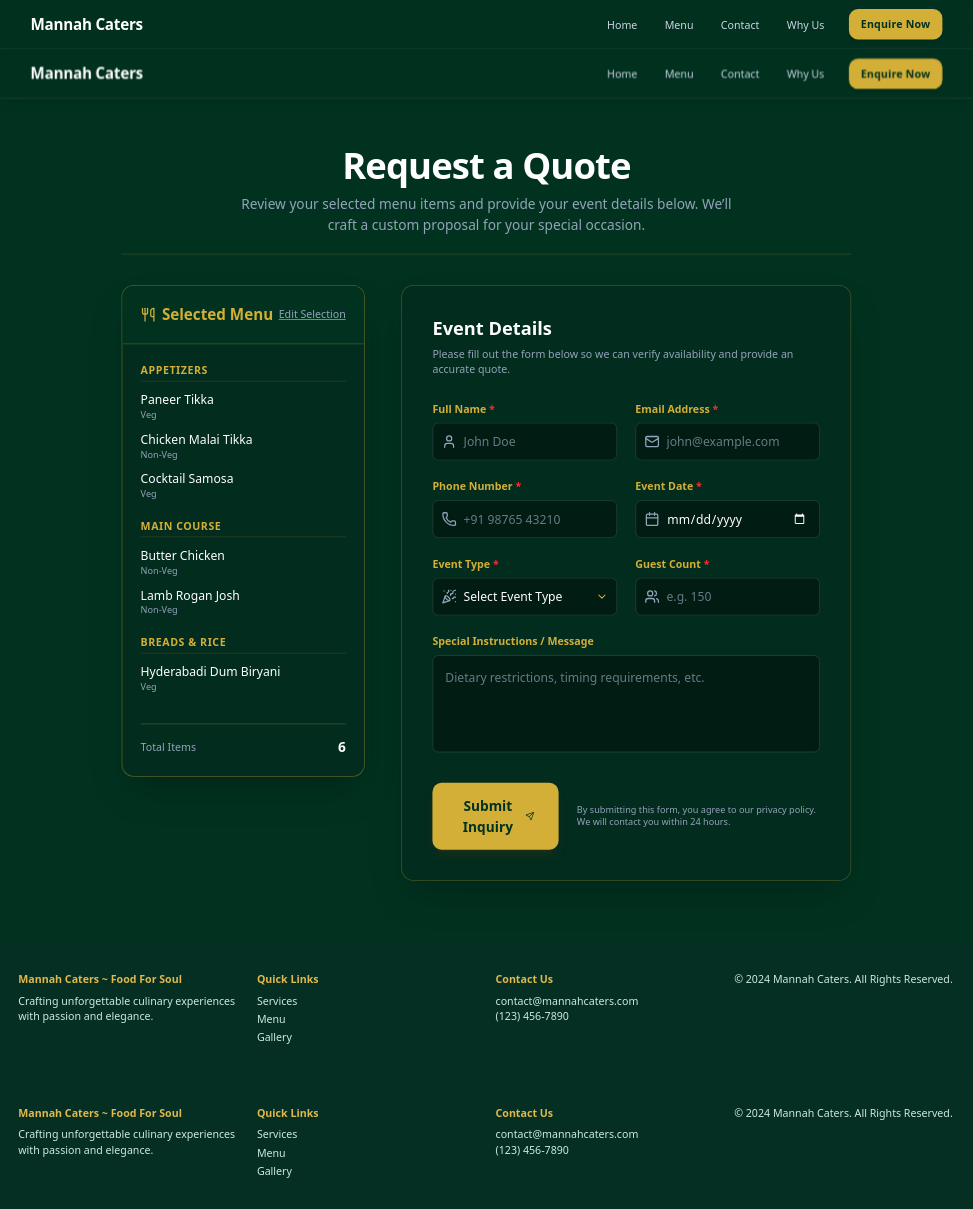
Repository: B-U-G-Freelancers/mannah_caterers
Page: /quote
An editor plug-in stored every save of this project. The page is shown before and after a run of saves, followed by the edit.
The browser window is 1280 px wide. The pictures show the whole page, at 76% of full size.
The project was rebuilt for these pictures with package versions that can differ from the ones it lists, and the page was loaded fresh each time. Some packages were replaced by stand-ins written for this rebuild. Also part of the build but not shown: vite.config.js, src/pages/Home.jsx, src/components/silver-package.jsx, src/components/gold-package.jsx, src/components/platinum-package.jsx, src/constants.js, src/components/PackageCard.jsx, src/components/CombosView.jsx and 6 more.

Above is the page before, as saved 2025-12-17 19:15:04.

### index.html
<!-- index.html -->


<!doctype html>
<html lang="en">
  <head>
    <meta charset="UTF-8" />
    <link rel="icon" type="image/png" href="/favicon.png" />

    <meta name="viewport" content="width=device-width, initial-scale=1.0" />

<link rel="preconnect" href="https://fonts.googleapis.com">
<link rel="preconnect" href="https://fonts.gstatic.com" crossorigin>
<link href="https://fonts.googleapis.com/css2?family=Inter:wght@400;500;600;700&family=Playfair+Display:wght@600;700;800&display=swap" rel="stylesheet">

    <title>mannah-caters</title>
  </head>
  <body>
    <div id="root"></div>
    <script type="module" src="/src/main.jsx"></script>
  </body>
</html>

### src/main.jsx
import React from "react"
import ReactDOM from "react-dom/client"
import { BrowserRouter } from "react-router-dom"
import App from "./App"
import "./index.css"

ReactDOM.createRoot(document.getElementById("root")).render(
  <BrowserRouter>
    <App />
  </BrowserRouter>
)

### src/App.jsx

import React from "react";
import { Routes, Route } from "react-router-dom";
import Layout from "./components/Layout";
import Home from "./pages/Home";
import Menu from "./pages/Menu";
import Contact from "./pages/Contact";
import WhyUs from "./pages/WhyUs";
import Quote from "./pages/Quote";
const App = () => {
  return (

    <Routes>
      <Route path="/" element={<Layout />}>
        <Route index element={<Home />} />
        <Route path="menu" element={<Menu />} />
        <Route path="contact" element={<Contact />} />
        <Route path="why-us" element={<WhyUs />} />
        <Route path="/quote" element={<Quote />} />
      </Route>
    </Routes>
  );
};

export default App;

### src/index.css
@import "tailwindcss";


:root {
  font-family: system-ui, Avenir, Helvetica, Arial, sans-serif;
  line-height: 1.5;
  font-weight: 400;

  color-scheme: light dark;
  color: rgba(255, 255, 255, 0.87);
  background-color: #242424;

  font-synthesis: none;
  text-rendering: optimizeLegibility;
  -webkit-font-smoothing: antialiased;
  -moz-osx-font-smoothing: grayscale;
}

/* a {
  font-weight: 500;
  color: #646cff;
  text-decoration: inherit;
}
a:hover {
  color: #535bf2;
}

body {
  margin: 0;
  display: flex;
  place-items: center;
  min-width: 320px;
  min-height: 100vh;
}

h1 {
  font-size: 3.2em;
  line-height: 1.1;
}

button {
  border-radius: 8px;
  border: 1px solid transparent;
  padding: 0.6em 1.2em;
  font-size: 1em;
  font-weight: 500;
  font-family: inherit;
  background-color: #1a1a1a;
  cursor: pointer;
  transition: border-color 0.25s;
}
button:hover {
  border-color: #646cff;
}
button:focus,
button:focus-visible {
  outline: 4px auto -webkit-focus-ring-color;
}

@media (prefers-color-scheme: light) {
  :root {
    color: #213547;
    background-color: #ffffff;
  }
  a:hover {
    color: #747bff;
  }
  button {
    background-color: #f9f9f9;
  }
} */

### src/components/Layout.jsx
// Layout.jsx
import React from "react";
import Header from "./Header";
import Footer from "./Footer";
// If you are using React Router, import Outlet
import { Outlet } from "react-router-dom";

const Layout = () => {
  return (
    <div className="flex flex-col min-h-screen min-w-screen">
      <Header />

      {/* "flex-1" ensures this section takes up all available space,
          pushing the footer to the bottom if content is short */}
      <main className="flex-1">
        {/* Outlet renders the child route's element (the current page) */}
        <Outlet />
      </main>

      <Footer />
    </div>
  );
};

export default Layout;

### src/pages/Quote.jsx
import React from "react";
import Header from "../components/Header";
import Footer from "../components/Footer";
import SelectedMenu from "../components/SelectedMenu";
import QuoteForm from "../components/QuoteForm";

const Quote = () => {
  return (
    <div className="flex flex-col min-h-screen bg-[#013220]">
      <Header />

      <main className="flex-1 flex flex-col items-center pb-20 px-4 sm:px-10 lg:px-40 pt-10">
        <div className="w-full max-w-[1200px] flex flex-col gap-10">

          {/* Hero Section */}
          <div className="text-center py-6 border-b border-[#d4af37]/20">
            <h1 className="text-4xl md:text-5xl font-bold text-white mb-3 tracking-tight">
              Request a Quote
            </h1>
            <p className="text-[#94a3b8] max-w-2xl mx-auto text-lg font-light">
              Review your selected menu items and provide your event details
              below. We’ll craft a custom proposal for your special occasion.
            </p>
          </div>

          {/* Main Content */}
          <div className="flex flex-col lg:flex-row gap-12">
            <SelectedMenu />
            <QuoteForm />
          </div>

        </div>
      </main>

      <Footer />
    </div>
  );
};

export default Quote;

### src/components/Header.jsx
import React from "react";
import { NavLink } from "react-router-dom";

const Header = () => {
  const linkBase =
    "text-sm font-medium leading-normal transition-colors relative";

  const linkInactive =
    "text-slate-300 hover:text-white";

  const linkActive =
    "text-[#d4af37] font-bold after:content-[''] after:absolute after:-bottom-4 after:left-0 after:w-full after:h-[2px] after:bg-[#d4af37]";

  return (
    <header className="sticky top-0 z-50 flex items-center justify-between border-b border-[#24473b] bg-[#013220]/95 backdrop-blur-md px-4 sm:px-10 py-3 shadow-lg">

      {/* Logo */}
      <div className="flex items-center gap-4">
        <NavLink
          to="/"
          className="text-white text-xl font-bold tracking-[-0.015em] hover:text-[#d4af37] transition-colors"
        >
          Mannah Caters
        </NavLink>
      </div>

      {/* Right Section */}
      <div className="flex flex-1 justify-end items-center gap-8">

        {/* Desktop Nav */}
        <nav className="hidden md:flex items-center gap-9">
          <NavLink
            to="/"
            className={({ isActive }) =>
              `${linkBase} ${isActive ? linkActive : linkInactive}`
            }
          >
            Home
          </NavLink>

          <NavLink
            to="/menu"
            className={({ isActive }) =>
              `${linkBase} ${isActive ? linkActive : linkInactive}`
            }
          >
            Menu
          </NavLink>

          <NavLink
            to="/contact"
            className={({ isActive }) =>
              `${linkBase} ${isActive ? linkActive : linkInactive}`
            }
          >
            Contact
          </NavLink>

          <NavLink
            to="/why-us"
            className={({ isActive }) =>
              `${linkBase} ${isActive ? linkActive : linkInactive}`
            }
          >
            Why Us
          </NavLink>
        </nav>

        {/* CTA */}
        <button className="flex h-10 px-4 items-center justify-center rounded-xl bg-[#d4af37] hover:bg-[#c29d4d] active:scale-95 transition-all text-[#013220] text-sm font-bold tracking-[0.015em] shadow-md">
          Enquire Now
        </button>
      </div>
    </header>
  );
};

export default Header;

### src/components/Footer.jsx
import React from "react";

const Footer = ({ onNavigate }) => {
  const handleNav = (tab) => {
    // Check if onNavigate exists before calling it
    if (onNavigate) {
      onNavigate(tab);
      window.scrollTo({ top: 0, behavior: "smooth" });
    }
  };

  return (
    <footer className="bg-[#052f22] py-10">
      <div className="max-w-7xl mx-auto px-6 grid md:grid-cols-4 gap-6 text-sm text-[#cfe9df]">
        <div>
          <h4 className="text-[#e0b84c] font-semibold">
            Mannah Caters ~ Food For Soul
          </h4>
          <p className="text-sm mt-2">
            Crafting unforgettable culinary experiences with passion and elegance.
          </p>
        </div>
        <div>
          <h4 className="text-[#e0b84c] font-semibold">Quick Links</h4>
          <ul className="text-sm mt-2 space-y-1">
            <li className="hover:text-white cursor-pointer transition-colors">
              Services
            </li>
            {/* I added the onClick here so handleNav is actually used */}
            <li
              onClick={() => handleNav("combos")}
              className="hover:text-white cursor-pointer transition-colors"
            >
              Menu
            </li>
            <li className="hover:text-white cursor-pointer transition-colors">
              Gallery
            </li>
          </ul>
        </div>
        <div>
          <h4 className="text-[#e0b84c] font-semibold">Contact Us</h4>
          <p className="text-sm mt-2">contact@mannahcaters.com</p>
          <p className="text-sm">(123) 456-7890</p>
        </div>
        <div className="text-sm">
          © 2024 Mannah Caters. All Rights Reserved.
        </div>
      </div>
    </footer>
  );
};

export default Footer;

### src/components/SelectedMenu.jsx
import React from "react";
import { Utensils } from "lucide-react";

const SelectedMenu = () => {
  return (
    <div className="w-full lg:w-1/3 flex-shrink-0 order-2 lg:order-1">
      <div className="bg-[#022c1e] rounded-2xl border border-[#d4af37]/40 overflow-hidden shadow-2xl sticky top-28">

        {/* Header */}
        <div className="p-6 bg-[#013220] border-b border-[#d4af37]/30 flex justify-between items-center">
          <h3 className="text-[#d4af37] font-bold text-xl flex items-center gap-2">
            <Utensils className="w-5 h-5" />
            Selected Menu
          </h3>
          <button className="text-[#94a3b8] hover:text-white text-sm underline transition-colors"  onClick={() =>
        navigate("/menu", {
          state: { openTab: "customize" },
        })
      }>
            Edit Selection
          </button>
        </div>

        {/* Content */}
        <div className="p-6 flex flex-col gap-6 font-sans">

          {/* Appetizers */}
          <div>
            <h4 className="text-[#d4af37] text-sm font-bold uppercase tracking-wider mb-3 pb-1 border-b border-[#d4af37]/20">
              Appetizers
            </h4>
            <ul className="flex flex-col gap-3">
              <li className="flex flex-col">
                <span className="text-white font-medium">Paneer Tikka</span>
                <span className="text-xs text-[#94a3b8]">Veg</span>
              </li>
              <li className="flex flex-col">
                <span className="text-white font-medium">
                  Chicken Malai Tikka
                </span>
                <span className="text-xs text-[#94a3b8]">Non-Veg</span>
              </li>
              <li className="flex flex-col">
                <span className="text-white font-medium">Cocktail Samosa</span>
                <span className="text-xs text-[#94a3b8]">Veg</span>
              </li>
            </ul>
          </div>

          {/* Main Course */}
          <div>
            <h4 className="text-[#d4af37] text-sm font-bold uppercase tracking-wider mb-3 pb-1 border-b border-[#d4af37]/20">
              Main Course
            </h4>
            <ul className="flex flex-col gap-3">
              <li className="flex flex-col">
                <span className="text-white font-medium">Butter Chicken</span>
                <span className="text-xs text-[#94a3b8]">Non-Veg</span>
              </li>
              <li className="flex flex-col">
                <span className="text-white font-medium">Lamb Rogan Josh</span>
                <span className="text-xs text-[#94a3b8]">Non-Veg</span>
              </li>
            </ul>
          </div>

          {/* Breads & Rice */}
          <div>
            <h4 className="text-[#d4af37] text-sm font-bold uppercase tracking-wider mb-3 pb-1 border-b border-[#d4af37]/20">
              Breads & Rice
            </h4>
            <ul className="flex flex-col gap-3">
              <li className="flex flex-col">
                <span className="text-white font-medium">
                  Hyderabadi Dum Biryani
                </span>
                <span className="text-xs text-[#94a3b8]">Veg</span>
              </li>
            </ul>
          </div>

          {/* Total */}
          <div className="mt-4 pt-4 border-t border-[#d4af37]/30">
            <div className="flex justify-between items-center text-sm">
              <span className="text-[#94a3b8]">Total Items</span>
              <span className="text-white font-bold text-lg">6</span>
            </div>
          </div>

        </div>
      </div>
    </div>
  );
};

export default SelectedMenu;

### src/components/QuoteForm.jsx
import React, { useState } from "react";
import {
  User,
  Mail,
  Phone,
  Calendar,
  PartyPopper,
  ChevronDown,
  Users,
  Send,
} from "lucide-react";

const QuoteForm = () => {
  const [formData, setFormData] = useState({
    name: "",
    email: "",
    phone: "",
    date: "",
    eventType: "",
    guests: "",
    message: "",
  });

  const handleChange = () => {
    const { name, value } = e.target;
    setFormData((prev) => ({ ...prev, [name]: value }));
  };

  const handleSubmit = () => {
    e.preventDefault();
    console.log("Form Submitted:", formData);
    alert("Thank you! Your inquiry has been sent.");
  };

  return (
    <div className="flex-1 order-1 lg:order-2">
      <div className="bg-[#022c1e] rounded-2xl border border-[#d4af37]/30 p-6 md:p-10 shadow-2xl">

        {/* Header */}
        <div className="mb-8">
          <h2 className="text-2xl font-bold text-white mb-2">
            Event Details
          </h2>
          <p className="text-[#94a3b8] text-sm">
            Please fill out the form below so we can verify availability and
            provide an accurate quote.
          </p>
        </div>

        <form onSubmit={handleSubmit} className="flex flex-col gap-6">

          {/* Row 1 */}
          <div className="grid grid-cols-1 md:grid-cols-2 gap-6">
            {/* Name */}
            <div className="flex flex-col gap-2">
              <label className="text-sm font-bold text-[#d4af37]">
                Full Name <span className="text-red-500">*</span>
              </label>
              <div className="relative group">
                <User className="absolute left-3 top-1/2 -translate-y-1/2 w-5 h-5 text-[#94a3b8] group-focus-within:text-[#d4af37]" />
                <input
                  className="w-full rounded-lg py-3 pl-10 pr-4 bg-[#011c12] border border-[#24473b] text-white placeholder-[#94a3b8]/70 focus:outline-none focus:border-[#d4af37] focus:ring-1 focus:ring-[#d4af37]"
                  name="name"
                  placeholder="John Doe"
                  required
                  value={formData.name}
                  onChange={handleChange}
                />
              </div>
            </div>

            {/* Email */}
            <div className="flex flex-col gap-2">
              <label className="text-sm font-bold text-[#d4af37]">
                Email Address <span className="text-red-500">*</span>
              </label>
              <div className="relative group">
                <Mail className="absolute left-3 top-1/2 -translate-y-1/2 w-5 h-5 text-[#94a3b8] group-focus-within:text-[#d4af37]" />
                <input
                  className="w-full rounded-lg py-3 pl-10 pr-4 bg-[#011c12] border border-[#24473b] text-white placeholder-[#94a3b8]/70 focus:outline-none focus:border-[#d4af37] focus:ring-1 focus:ring-[#d4af37]"
                  name="email"
                  type="email"
                  placeholder="john@example.com"
                  required
                  value={formData.email}
                  onChange={handleChange}
                />
              </div>
            </div>
          </div>

          {/* Row 2 */}
          <div className="grid grid-cols-1 md:grid-cols-2 gap-6">
            {/* Phone */}
            <div className="flex flex-col gap-2">
              <label className="text-sm font-bold text-[#d4af37]">
                Phone Number <span className="text-red-500">*</span>
              </label>
              <div className="relative group">
                <Phone className="absolute left-3 top-1/2 -translate-y-1/2 w-5 h-5 text-[#94a3b8] group-focus-within:text-[#d4af37]" />
                <input
                  className="w-full rounded-lg py-3 pl-10 pr-4 bg-[#011c12] border border-[#24473b] text-white placeholder-[#94a3b8]/70 focus:outline-none focus:border-[#d4af37] focus:ring-1 focus:ring-[#d4af37]"
                  name="phone"
                  placeholder="+91 98765 43210"
                  required
                  value={formData.phone}
                  onChange={handleChange}
                />
              </div>
            </div>

            {/* Date */}
            <div className="flex flex-col gap-2">
              <label className="text-sm font-bold text-[#d4af37]">
                Event Date <span className="text-red-500">*</span>
              </label>
              <div className="relative group">
                <Calendar className="absolute left-3 top-1/2 -translate-y-1/2 w-5 h-5 text-[#94a3b8] group-focus-within:text-[#d4af37]" />
                <input
                  className="w-full rounded-lg py-3 pl-10 pr-4 bg-[#011c12] border border-[#24473b] text-white focus:outline-none focus:border-[#d4af37] focus:ring-1 focus:ring-[#d4af37] [color-scheme:dark]"
                  name="date"
                  type="date"
                  required
                  value={formData.date}
                  onChange={handleChange}
                />
              </div>
            </div>
          </div>

          {/* Row 3 */}
          <div className="grid grid-cols-1 md:grid-cols-2 gap-6">
            {/* Event Type */}
            <div className="flex flex-col gap-2">
              <label className="text-sm font-bold text-[#d4af37]">
                Event Type <span className="text-red-500">*</span>
              </label>
              <div className="relative group">
                <PartyPopper className="absolute left-3 top-1/2 -translate-y-1/2 w-5 h-5 text-[#94a3b8] group-focus-within:text-[#d4af37]" />
                <select
                  className="w-full rounded-lg py-3 pl-10 pr-10 bg-[#011c12] border border-[#24473b] text-white focus:outline-none focus:border-[#d4af37] focus:ring-1 focus:ring-[#d4af37] appearance-none"
                  name="eventType"
                  required
                  value={formData.eventType}
                  onChange={handleChange}
                >
                  <option value="" disabled>
                    Select Event Type
                  </option>
                  <option>Wedding</option>
                  <option>Corporate Event</option>
                  <option>Birthday Party</option>
                  <option>Anniversary</option>
                  <option>Other</option>
                </select>
                <ChevronDown className="absolute right-3 top-1/2 -translate-y-1/2 w-4 h-4 text-[#d4af37]" />
              </div>
            </div>

            {/* Guests */}
            <div className="flex flex-col gap-2">
              <label className="text-sm font-bold text-[#d4af37]">
                Guest Count <span className="text-red-500">*</span>
              </label>
              <div className="relative group">
                <Users className="absolute left-3 top-1/2 -translate-y-1/2 w-5 h-5 text-[#94a3b8] group-focus-within:text-[#d4af37]" />
                <input
                  className="w-full rounded-lg py-3 pl-10 pr-4 bg-[#011c12] border border-[#24473b] text-white placeholder-[#94a3b8]/70 focus:outline-none focus:border-[#d4af37] focus:ring-1 focus:ring-[#d4af37]"
                  name="guests"
                  type="number"
                  min="10"
                  placeholder="e.g. 150"
                  required
                  value={formData.guests}
                  onChange={handleChange}
                />
              </div>
            </div>
          </div>

          {/* Message */}
          <div className="flex flex-col gap-2">
            <label className="text-sm font-bold text-[#d4af37]">
              Special Instructions / Message
            </label>
            <textarea
              className="w-full rounded-lg p-4 h-32 resize-none bg-[#011c12] border border-[#24473b] text-white placeholder-[#94a3b8]/70 focus:outline-none focus:border-[#d4af37] focus:ring-1 focus:ring-[#d4af37]"
              name="message"
              placeholder="Dietary restrictions, timing requirements, etc."
              value={formData.message}
              onChange={handleChange}
            />
          </div>

          {/* Submit */}
          <div className="pt-4 flex flex-col md:flex-row gap-6 items-center">
            <button
              type="submit"
              className="w-full md:w-auto flex-1 bg-[#d4af37] hover:bg-[#c29d4d] text-[#013220] font-bold text-lg py-4 px-8 rounded-xl shadow-lg shadow-yellow-900/20 transition-all hover:-translate-y-1 flex items-center justify-center gap-2"
            >
              Submit Inquiry
              <Send className="w-5 h-5" />
            </button>

            <p className="text-xs text-[#94a3b8] text-center md:text-left max-w-xs">
              By submitting this form, you agree to our privacy policy. We will
              contact you within 24 hours.
            </p>
          </div>

        </form>
      </div>
    </div>
  );
};

export default QuoteForm;

After the next 3 saves:
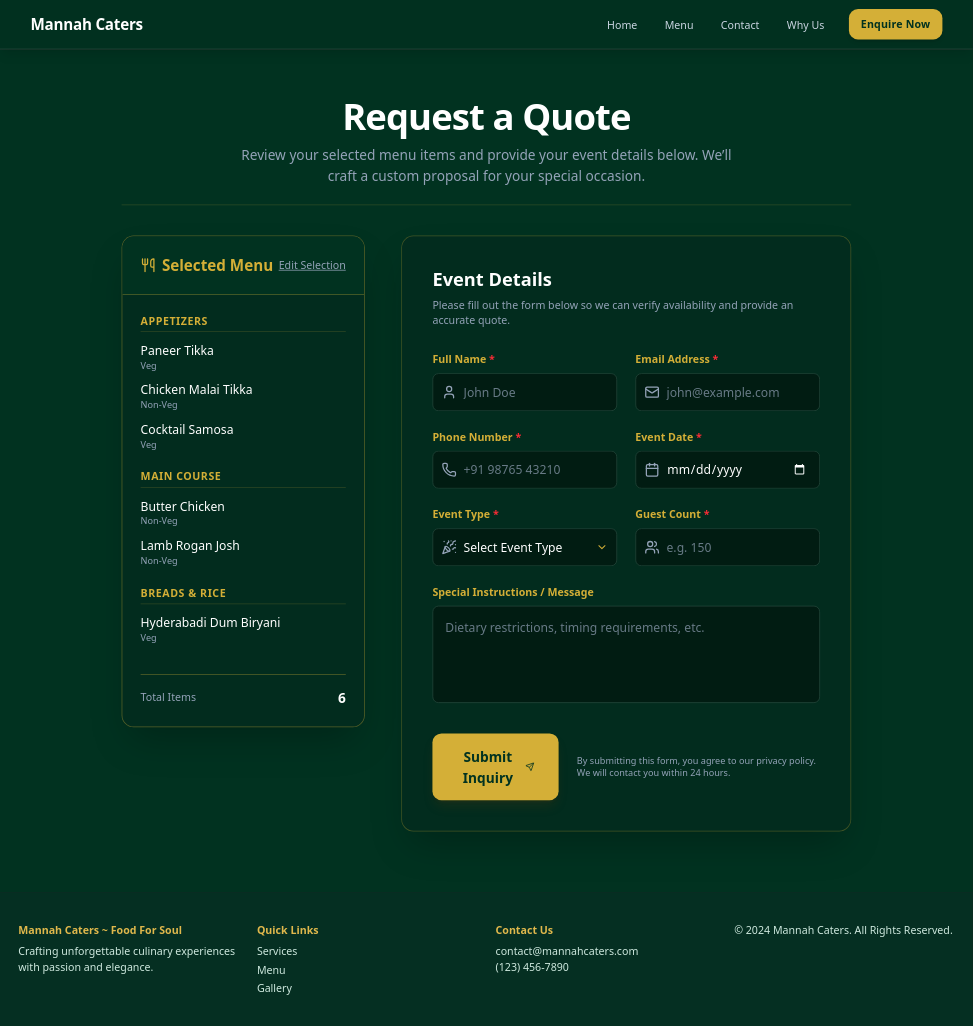
The 3 saves are shown as one change because they came seconds apart.
The last was saved 42 s later.
--- a/src/pages/Quote.jsx
+++ b/src/pages/Quote.jsx
@@ -7,7 +7,7 @@ import QuoteForm from "../components/QuoteForm";
 const Quote = () => {
   return (
     <div className="flex flex-col min-h-screen bg-[#013220]">
-      <Header />
+
 
       <main className="flex-1 flex flex-col items-center pb-20 px-4 sm:px-10 lg:px-40 pt-10">
         <div className="w-full max-w-[1200px] flex flex-col gap-10">
@@ -32,7 +32,7 @@ const Quote = () => {
         </div>
       </main>
 
-      <Footer />
+
     </div>
   );
 };
